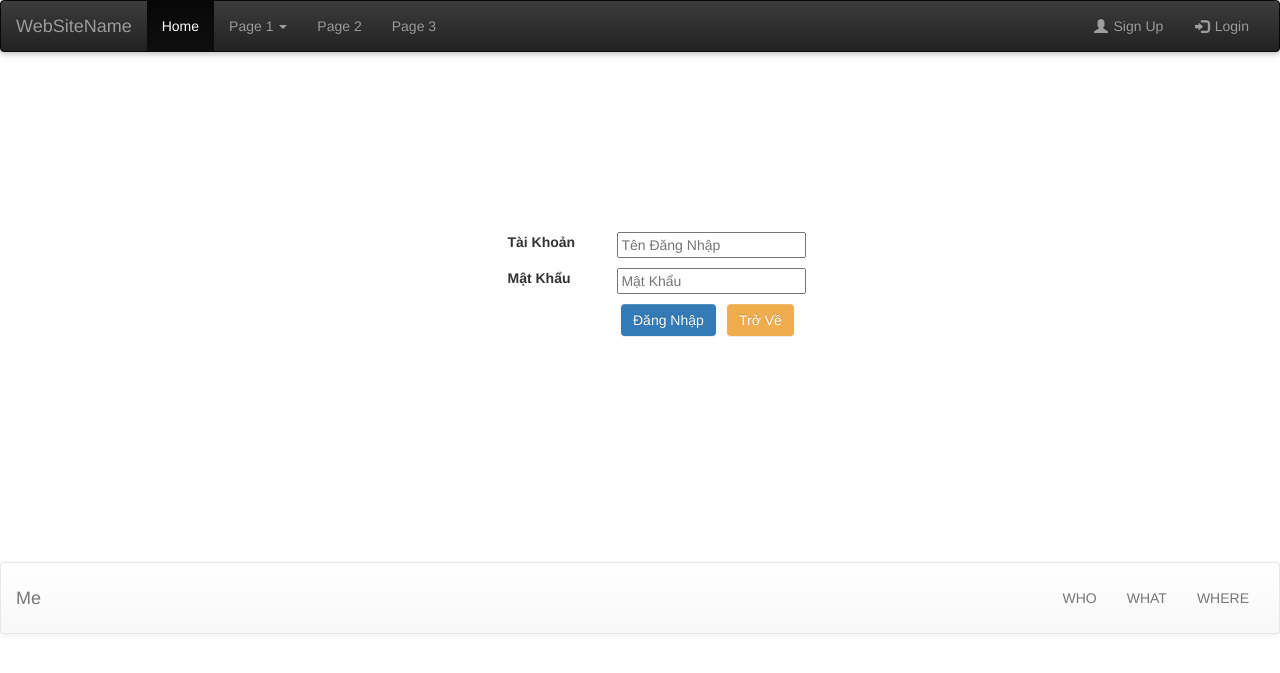
Repository: chickenoken/LuanAn
Page: http://localhost/net/WEB-INF/pages/Login.jsp
These files come from the project's save history. The page is drawn as it stood at one moment and after the next save; the edit follows.
The browser window is 1280 px wide. The pictures show the whole page.
Some web libraries are served in a nearby version. The page is served by Tomcat 9. Nobody is signed in. Other server files are loaded and not shown. The template is opened directly, without the code that normally fills it, so the values that code supplies are empty.

Above is the page before, as saved 2019-06-13 11:45:17.

### net/src/main/webapp/WEB-INF/pages/Login.jsp
<%@ page language="java" contentType="text/html; charset=UTF-8" pageEncoding="UTF-8"%>
<%@taglib prefix="c" uri="http://java.sun.com/jsp/jstl/core" %>
<!DOCTYPE html>
<html>
<script src="https://ajax.googleapis.com/ajax/libs/angularjs/1.7.8/angular.min.js"></script>
<script type="text/javascript" src="<c:url value="/resources/js/login.js" />"></script>
<style>
div.hidden
{
   display: none
}
</style>

   <head>
      <title>Login-Net</title>
      <%@include file="/WEB-INF/views/Header.jsp"%>
  </head>
   <body style="height : 450px;">
     <div style="height : 450px; width : 90%;" ng-app="myApp" ng-controller="myCtrl">

       <div class="row" style="padding-top : 160px;">
	       <div clas="form-group col-xs-5 col-md-7 col-lg-9 vcenter" >
	         <div class="col-md-offset-5 col-md-7">
	           <div class="col-md-2"><label>Tài Khoản</label></div>
	           <div class="col-md-10"><input type="text" ng-model="model.form.login.taiKhoan" placeholder="Tên Đăng Nhập" ></div>
	         </div>
	         <div class="col-md-offset-5 col-md-7 p-t-10">
	           <div class="col-md-2"><label>Mật Khẩu</label></div>
	           <div class="col-md-10"><input type="password" ng-model="model.form.login.matKhau" placeholder="Mật Khẩu" ></div>
	         </div>
	       </div>
         <div ng-if="model.hidden.isShow">
            <div class="alert alert-danger">
              <strong>Lỗi !</strong> Sai tên đăng nhập hoặc mật khẩu
            </div>
          </div>
	       <div class="form-group col-md-offset-6 col-md-6 p-t-10 p-l-30">
	         <div class="col-md-2">
	           <button class="btn btn-primary" ng-click="dangNhap()">Đăng Nhập</button>
	         </div>
	         <div class="col-md-3 p-l-30">
	           <button class="btn btn-warning" ng-click="troVe()">Trở Về</button>
	         </div>
         </div>
       </div>
     </div>
      <%@include file="/WEB-INF/views/Footer.jsp"%>
   </body>
</html>

### net/src/main/webapp/WEB-INF/views/Header.jsp
<link href="<c:url value="/resources/css/layout/my-styles.css" />" rel="stylesheet" type="text/css">
<link href="<c:url value="/resources/css/layout/blue.css" />" rel="stylesheet" type="text/css">
<link href="<c:url value="/resources/css/layout/components-md.css" />" rel="stylesheet" type="text/css">
<link href="<c:url value="/resources/css/layout/exexlayout.css" />" rel="stylesheet" type="text/css">
<link href="<c:url value="/resources/css/layout/materialize-icon.css" />" rel="stylesheet" type="text/css">
<link href="<c:url value="/resources/css/layout/plugins-md.css" />" rel="stylesheet" type="text/css">
<link href="<c:url value="/resources/css/layout/vi.css" />" rel="stylesheet" type="text/css">
<link href="<c:url value="/resources/css/layout/vendors.css" />" rel="stylesheet" type="text/css">
<link href="<c:url value="/resources/css/layout/new-style.css" />" rel="stylesheet" type="text/css">
<link href="<c:url value="/resources/css/layout/sms-bootstrap.css" />" rel="stylesheet" type="text/css">

<script src="https://ajax.googleapis.com/ajax/libs/jquery/3.4.0/jquery.min.js"></script>
<link rel="stylesheet" href="https://maxcdn.bootstrapcdn.com/bootstrap/3.3.7/css/bootstrap.min.css" integrity="sha384-BVYiiSIFeK1dGmJRAkycuHAHRg32OmUcww7on3RYdg4Va+PmSTsz/K68vbdEjh4u" crossorigin="anonymous">
<link rel="stylesheet" href="https://maxcdn.bootstrapcdn.com/bootstrap/3.3.7/css/bootstrap-theme.min.css" integrity="sha384-rHyoN1iRsVXV4nD0JutlnGaslCJuC7uwjduW9SVrLvRYooPp2bWYgmgJQIXwl/Sp" crossorigin="anonymous">
<head>
  <meta charset="utf-8">
  <meta name="viewport" content="width=device-width, initial-scale=1">
</head>
<body>

<nav class="navbar navbar-inverse">
  <div class="container-fluid">
    <div class="navbar-header">
      <button type="button" class="navbar-toggle" data-toggle="collapse" data-target="#myNavbar">
        <span class="icon-bar"></span>
        <span class="icon-bar"></span>
        <span class="icon-bar"></span>
      </button>
      <a class="navbar-brand" href="#">WebSiteName</a>
    </div>
    <div class="collapse navbar-collapse" id="myNavbar">
      <ul class="nav navbar-nav">
        <li class="active"><a href="#">Home</a></li>
        <li class="dropdown">
          <a class="dropdown-toggle" data-toggle="dropdown" href="#">Page 1 <span class="caret"></span></a>
          <ul class="dropdown-menu">
            <li><a href="#">Page 1-1</a></li>
            <li><a href="#">Page 1-2</a></li>
            <li><a href="#">Page 1-3</a></li>
          </ul>
        </li>
        <li><a href="#">Page 2</a></li>
        <li><a href="#">Page 3</a></li>
      </ul>
      <ul class="nav navbar-nav navbar-right">
        <li><a href="#"><span class="glyphicon glyphicon-user"></span> Sign Up</a></li>
        <li><a href="#"><span class="glyphicon glyphicon-log-in"></span> Login</a></li>
      </ul>
    </div>
  </div>
</nav>

### net/src/main/webapp/WEB-INF/views/Footer.jsp
<br/><br/>
<style>
#footer {
    clear: both;
    position: relative;
    height: 200px;
    margin-top: -200px;
}
</style>

<footer>
	<nav class="navbar navbar-default">
	  <div class="container">
	    <div class="navbar-header">
	      <button type="button" class="navbar-toggle" data-toggle="collapse" data-target="#myNavbar">
	        <span class="icon-bar"></span>
	        <span class="icon-bar"></span>
	        <span class="icon-bar"></span>
	      </button>
	      <a class="navbar-brand" href="#">Me</a>
	    </div>
	    <div class="collapse navbar-collapse" id="myNavbar">
	      <ul class="nav navbar-nav navbar-right">
	        <li><a href="#">WHO</a></li>
	        <li><a href="#">WHAT</a></li>
	        <li><a href="#">WHERE</a></li>
	      </ul>
	    </div>
	  </div>
	</nav>
</footer>
<script type="text/javascript" src="<c:url value="/resources/jsLib/StringUtils.js" />"></script>

### net/src/main/webapp/resources/css/layout/vi.css
body, h1, h2, h3, h4, h5, h6 {
  font-family: Tahoma,"Helvetica Neue",Helvetica,Arial,sans-serif;
}

.badge, .btn, .dashboard-stat .more, .dashboard-stat2 .display .number small, .dashboard-stat2 .progress-info .status, .dropdown-menu-v2>li>a, .icon-btn>div, .label, .table.table-light>thead>tr.uppercase, .widget-tab .nav-tabs>li>a {
  text-transform: none;
}

button, input, select, textarea, .dropdown-menu {
  font-family: Tahoma,"Helvetica Neue",Helvetica,Arial,sans-serif;
}

button[ng-click*="checkPostNumber"]{
  display: none;
}

.page-header.navbar .hor-menu .navbar-nav>li.mega-menu-dropdown>.dropdown-menu .mega-menu-content .mega-menu-submenu li>a{
  font-family: Tahoma,"Helvetica Neue",Helvetica,Arial,sans-serif;
}

.label, .table.table-light>thead>tr>th {
    font-family: Tahoma,"Helvetica Neue",Helvetica,Arial,sans-serif;
}

Loaded but not shown: net/src/main/webapp/resources/css/layout/my-styles.css (library); net/src/main/webapp/resources/css/layout/components-md.css (library); net/src/main/webapp/resources/css/layout/materialize-icon.css (library); net/src/main/webapp/resources/css/layout/vendors.css (library); net/src/main/webapp/resources/jsLib/StringUtils.js (239 lines, source omitted); net/src/main/webapp/resources/js/login.js (61 lines, source omitted); net/src/main/webapp/resources/css/layout/exexlayout.css (3119 lines, source omitted); net/src/main/webapp/resources/css/layout/blue.css (1120 lines, source omitted); net/src/main/webapp/resources/css/layout/plugins-md.css (1762 lines, source omitted); net/src/main/webapp/resources/css/layout/new-style.css (1150 lines, source omitted); net/src/main/webapp/resources/css/layout/sms-bootstrap.css (1024 lines, source omitted)

After the next save:
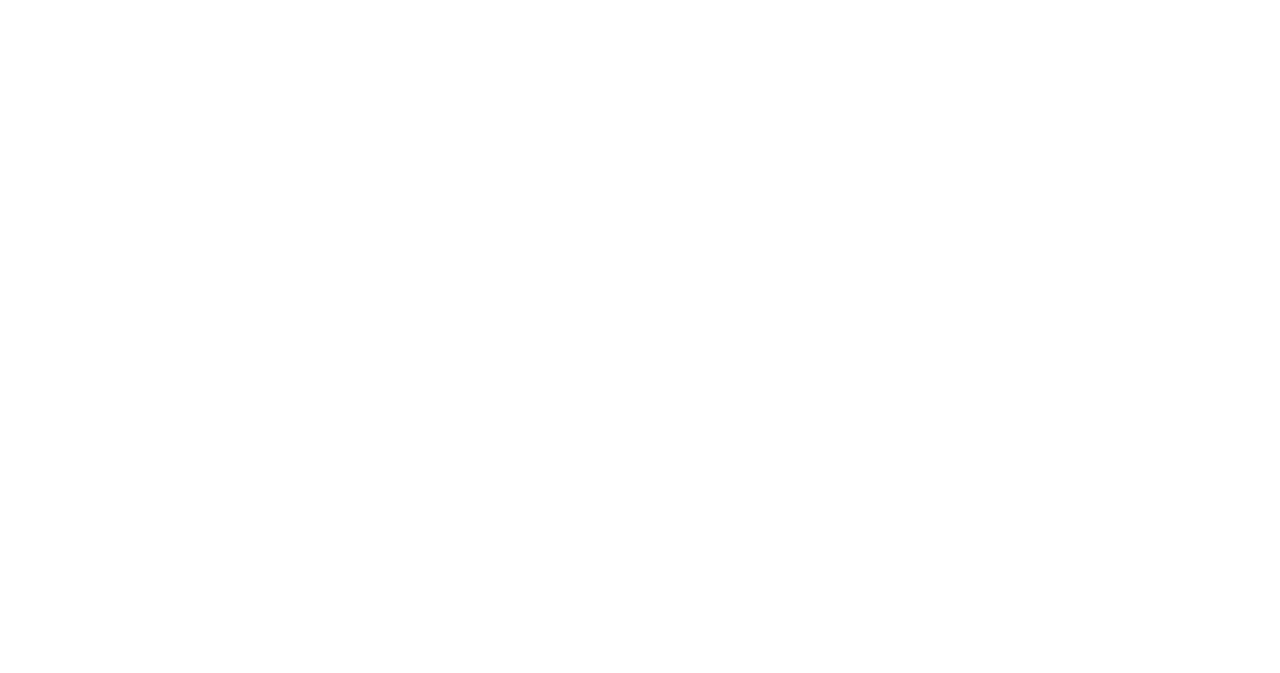
Saved 15 s later.
--- a/net/src/main/webapp/WEB-INF/pages/Login.jsp
+++ b/net/src/main/webapp/WEB-INF/pages/Login.jsp
@@ -15,7 +15,7 @@
       <title>Login-Net</title>
       <%@include file="/WEB-INF/views/Header.jsp"%>
   </head>
-   <body style="height : 450px;">
+   <body class="hidden" id="page">
      <div style="height : 450px; width : 90%;" ng-app="myApp" ng-controller="myCtrl">
 
        <div class="row" style="padding-top : 160px;">

After the 3 saves that followed:
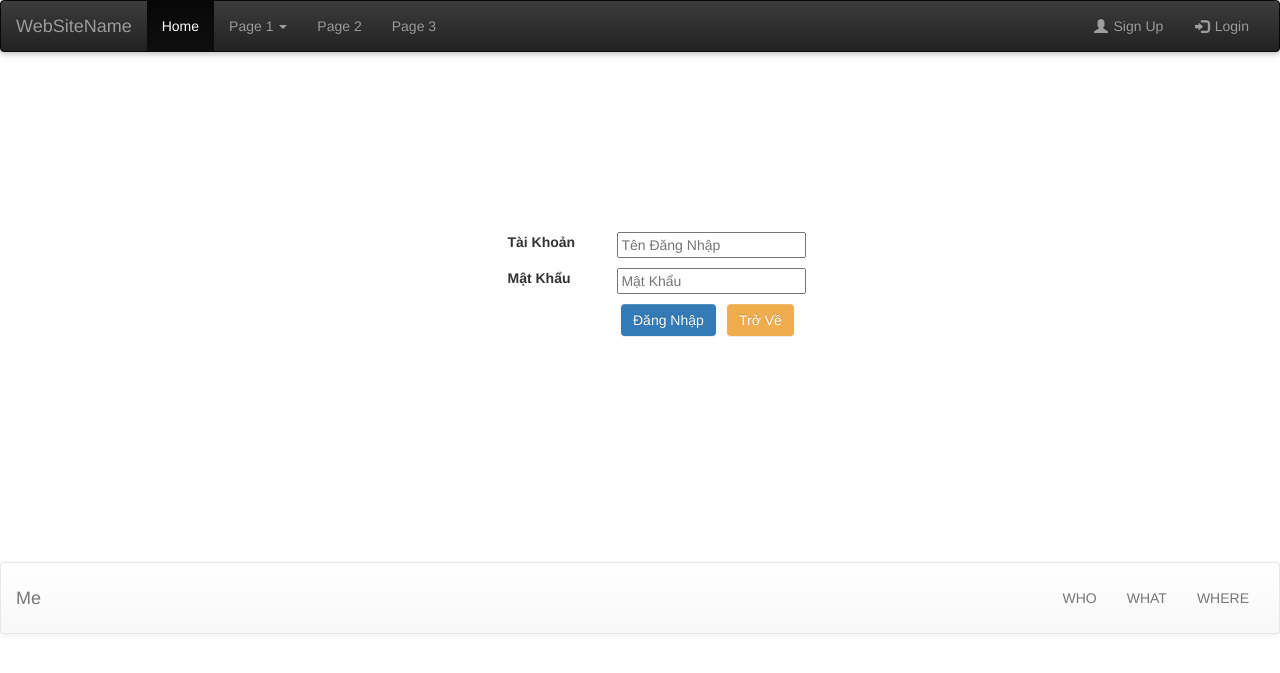
The 3 saves are shown as one change because 2 left the picture as it was.
The last was saved 58 s later.
--- a/net/src/main/webapp/WEB-INF/pages/Login.jsp
+++ b/net/src/main/webapp/WEB-INF/pages/Login.jsp
@@ -15,7 +15,8 @@
       <title>Login-Net</title>
       <%@include file="/WEB-INF/views/Header.jsp"%>
   </head>
-   <body class="hidden" id="page">
+   <body>
+   <div></div>
      <div style="height : 450px; width : 90%;" ng-app="myApp" ng-controller="myCtrl">
 
        <div class="row" style="padding-top : 160px;">
